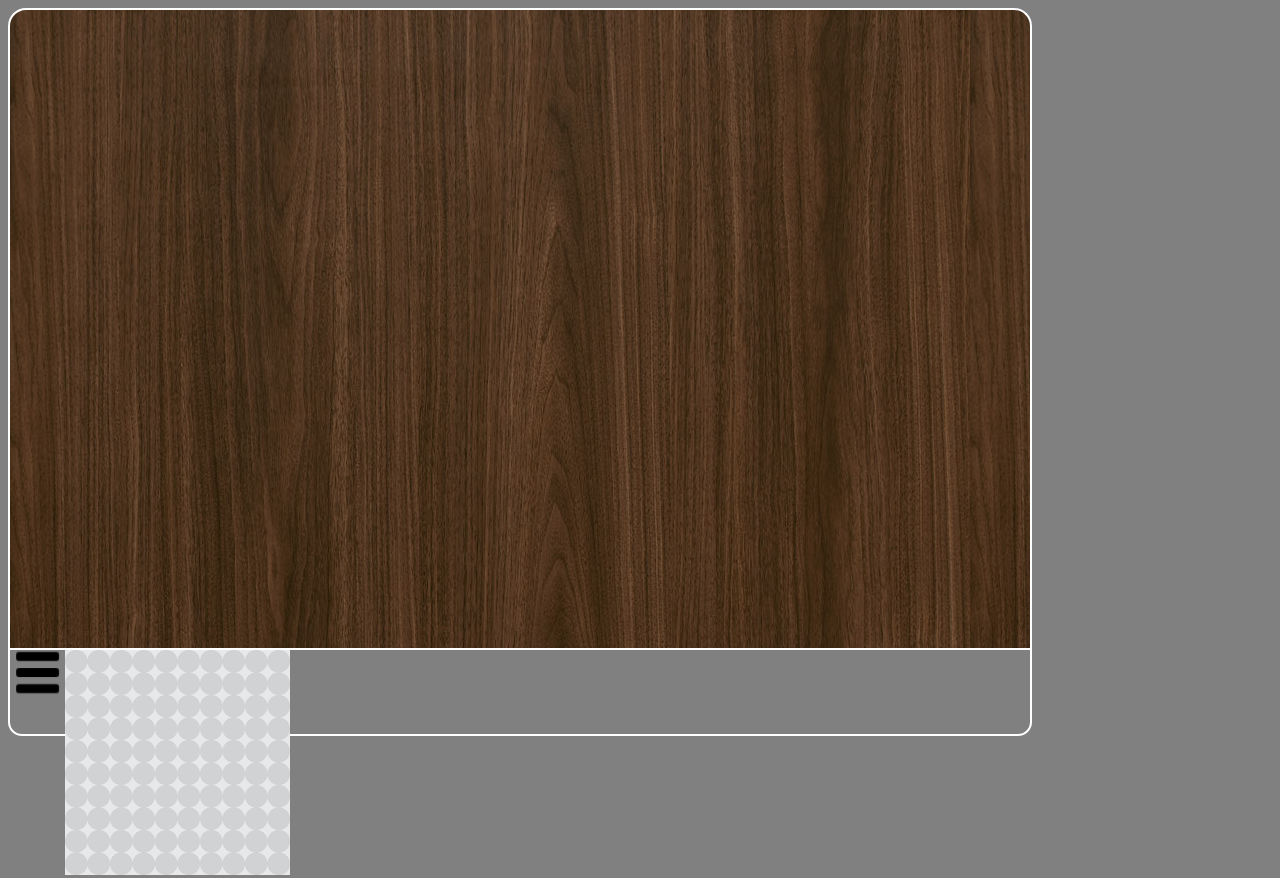
Repository: ls222vy/ls222vy-1dv403-laborationer
Page: 5-pwd/index.html
The author's editor kept a record of every edit. The page is drawn from the files as they stood at one moment, then again after the next edit.
The browser window is 1280 px wide. The pictures show the whole page.

Above is the page before.
Console error: SyntaxError: Unexpected identifier 'window'

After the next edit:
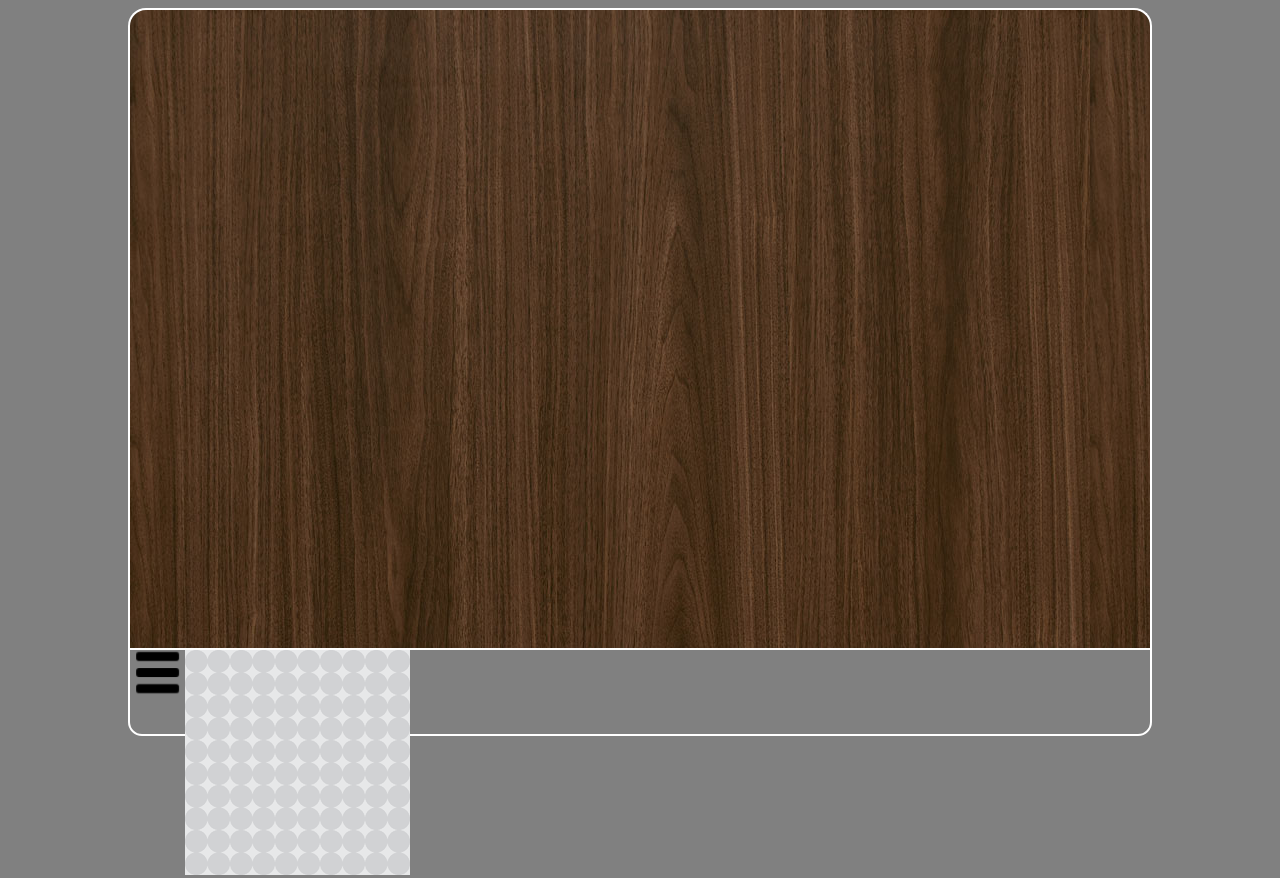
The edit:
--- a/5-pwd/index.html
+++ b/5-pwd/index.html
@@ -7,7 +7,7 @@
 
 </head>
     <body>
-         <div id="container">
+         <div id="webDesk">
              <div id="desktop"></div>
              <div id="menu">
 
